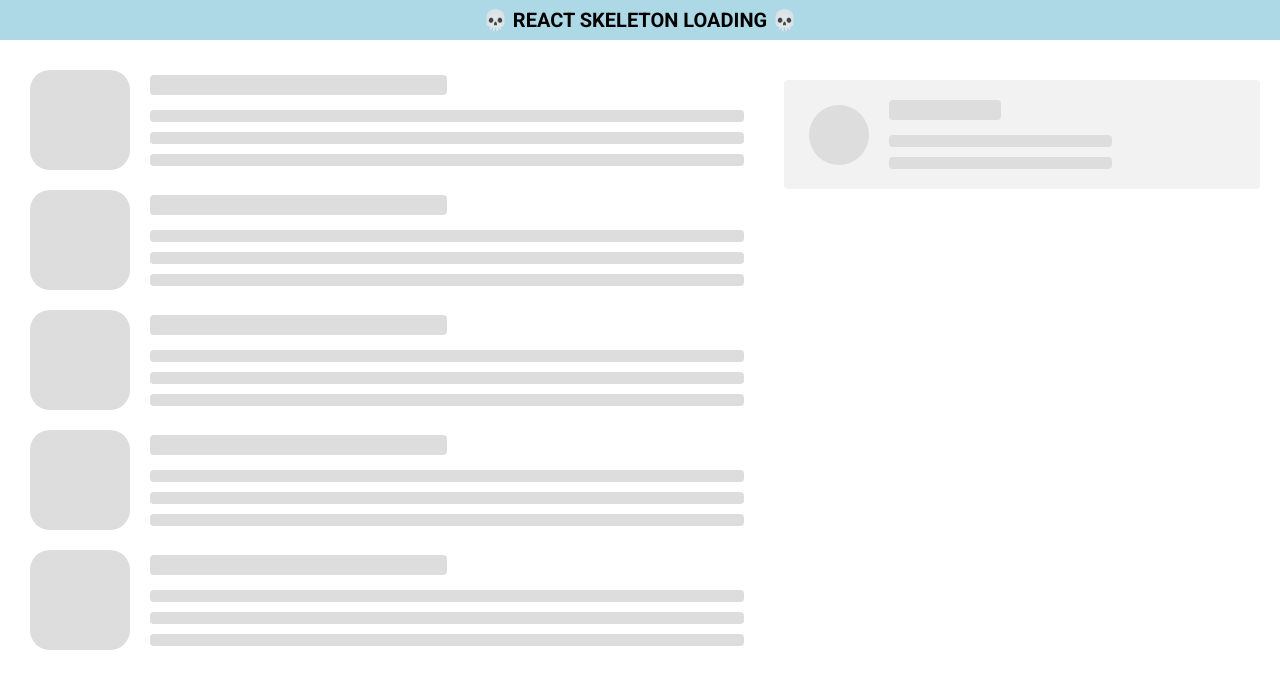
Repository: ethanJones21/React-Skeleton-Loading
Page: /
An editor plug-in stored every save of this project. The page is shown before and after the next save, followed by the edit.
The browser window is 1280 px wide. The pictures show the whole page.
The page's requests for data from a server got no answer. The project was rebuilt for these pictures with package versions that can differ from the ones it lists, and the page was loaded fresh each time. No one was signed in, and anything a server would have sent is missing. Also part of the build but not shown: src/components/Post.css, src/components/Post.js.

Above is the page before, as saved 2020-11-26 03:33:08.

### public/index.html
<!DOCTYPE html>
<html lang="en">
  <head>
    <meta charset="utf-8" />
    <link rel="icon" href="%PUBLIC_URL%/favicon.ico" />
    <meta name="viewport" content="width=device-width, initial-scale=1" />
    <meta name="theme-color" content="#000000" />
    <meta name="description" content="React skeleton loading" />
    <link rel="preconnect" href="https://fonts.gstatic.com" />
    <link
      href="https://fonts.googleapis.com/css2?family=Roboto:wght@100;300;400;500;700;900&display=swap"
      rel="stylesheet"
    />
    <title>React Skeleton</title>
  </head>
  <body>
    <noscript>You need to enable JavaScript to run this app.</noscript>
    <div id="root"></div>
  </body>
</html>

### src/App.js
import './App.css';
import Header from './components/Header';
import Posts from './components/Posts';
import User from './components/User';

function App() {
  return (
    <div className="app">
      <Header/>

      <div className="appContainer">
        <Posts/>
        <User/>
      </div>
    </div>
  );
}

export default App;

### src/App.css
*{
    margin: 0;
    font-family: 'Roboto', sans-serif;
}
.appContainer{
    display: flex;
    padding: 20px;
    align-items: start;
}

### src/components/Header.js
import React from 'react';
import "./Header.css"

const Header = () => {
    return (
        <div className="header">
            <span>💀 REACT SKELETON LOADING 💀 </span>
        </div>
    );
};

export default Header;

### src/components/Posts.js
import React, { useEffect, useState } from "react";
import Post from "./Post";
import "./Posts.css";
import { photos } from "../photos";
import PostSkeleton from "../skeleton/PostSkeleton";

const Posts = () => {
  const [postArray, setPostArray] = useState([]);

  useEffect(() => {
    setTimeout(() => {
      const fetchPosts = async () => {
        const res = await fetch("https://jsonplaceholder.typicode.com/posts");
        const data = await res.json();
        setPostArray(data.slice(0, 10));
      };
      fetchPosts();
    }, 5000);
  }, []);

  return (
    <div className="posts">
      {postArray.length > 0
        ? postArray.map((post) => (
            <Post
              key={post.id}
              post={{ ...post, photo: photos[post.id - 1] }}
            />
          ))
        : [1, 2, 3, 4, 5].map((item) => <PostSkeleton />)}
    </div>
  );
};

export default Posts;

### src/components/User.js
import React, { useState, useEffect } from "react";
import "./User.css";
import { photos } from "../photos";
import UserSkeleton from "../skeleton/UserSkeleton";

const User = () => {
  const [user, setUser] = useState(null);

  useEffect(() => {
    setTimeout(() => {
      const fetchUser = async () => {
        const res = await fetch("https://jsonplaceholder.typicode.com/users");
        const data = await res.json();
        setUser(data[0]);
      };
      fetchUser();
    }, 5000);
  }, []);

  return (
    <div className="user">
      {user !== null ? (
        <>
          <div className="userPhoto">
            <img className="userPhotoImg" src={photos[9]} alt="avatar" />
          </div>
          <div className="userInfo">
            <span className="userInfoText">
              <b>{user.name}</b>
            </span>
            <span className="userInfoText">{user.email}</span>
            <span className="userInfoText">{user.address.street}</span>
          </div>
          <button className="writeButton">Write a Story</button>
        </>
      ) : (
        <UserSkeleton />
      )}
    </div>
  );
};

export default User;

### src/components/Header.css
.header{
    display: flex;
    align-items: center;
    justify-content: center;
    height: 40px;
    width: 100%;
    background-color: lightblue;
    font-weight: 600;
    font-size: 20px;
}

### src/components/Posts.css
.posts{
    flex: 0.6;
    padding-right: 50px;
}

### src/photos.js
export const photos = [
  "https://images.pexels.com/photos/789296/pexels-photo-789296.jpeg?auto=compress&cs=tinysrgb&dpr=2&w=500",
  "https://images.pexels.com/photos/3772771/pexels-photo-3772771.jpeg?auto=compress&cs=tinysrgb&dpr=2&w=500",
  "https://images.pexels.com/photos/3059745/pexels-photo-3059745.jpeg?auto=compress&cs=tinysrgb&dpr=2&w=500",
  "https://images.pexels.com/photos/2896840/pexels-photo-2896840.jpeg?auto=compress&cs=tinysrgb&dpr=2&w=500",
  "https://images.pexels.com/photos/3155588/pexels-photo-3155588.jpeg?auto=compress&cs=tinysrgb&dpr=2&w=500",
  "https://images.pexels.com/photos/936019/pexels-photo-936019.jpeg?auto=compress&cs=tinysrgb&dpr=2&w=500",
  "https://images.pexels.com/photos/1071162/pexels-photo-1071162.jpeg?auto=compress&cs=tinysrgb&dpr=2&w=500",
  "https://images.pexels.com/photos/3147528/pexels-photo-3147528.jpeg?auto=compress&cs=tinysrgb&dpr=2&w=500",
  "https://images.pexels.com/photos/3541389/pexels-photo-3541389.jpeg?auto=compress&cs=tinysrgb&dpr=2&w=500",
  "https://images.pexels.com/photos/1680172/pexels-photo-1680172.jpeg?auto=compress&cs=tinysrgb&dpr=2&w=500",
];

### src/skeleton/PostSkeleton.js
import React from "react";
import "./PostSkeleton.css";
import Skeleton from "./Skeleton";

const PostSkeleton = () => {
  return (
    <div className="postSkeleton">
      <div className="postSkeletonLeft">
        <Skeleton type="avatar" />
      </div>
      <div className="postSkeletonRight">
        <Skeleton type="title" />
        <Skeleton type="text" />
        <Skeleton type="text" />
        <Skeleton type="text" />
      </div>
    </div>
  );
};

export default PostSkeleton;

### src/components/User.css
.user {
  flex: 0.4;
  display: flex;
  align-items: center;
}

.userPhotoImg {
  width: 60px;
  height: 60px;
  border-radius: 50%;
  margin-right: 20px;
  object-fit: cover;
}

.userInfo{
    display: flex;
    flex-direction: column;
}

.writeButton{
    padding: 10px;
    border: none;
    margin-left: 20px;
    border-radius: 10px;
    cursor: pointer;
}

.writeButton:focus{
    outline: none;
}

### src/skeleton/UserSkeleton.js
import React from "react";
import "./UserSkeleton.css";
import Skeleton from "./Skeleton";

const UserSkeleton = () => {
  return (
    <div className="userSkeleton">
      <div className="userSkeletonLeft">
        <Skeleton type="userAvatar" />
      </div>
      <div className="userSkeletonRight">
        <Skeleton type="title" />
        <Skeleton type="text" />
        <Skeleton type="text" />
      </div>
    </div>
  );
};

export default UserSkeleton;

### src/skeleton/PostSkeleton.css
.postSkeleton {
  display: flex;
  align-items: center;
}

.postSkeletonRight{
    width: 100%;
}

### src/skeleton/Skeleton.js
import React from "react";
import "./Skeleton.css"

const Skeleton = ({ type }) => {
  return <div className={`skeleton ${type}`}></div>;
};

export default Skeleton;

### src/skeleton/UserSkeleton.css
.userSkeleton {
  display: flex;
  align-items: center;
  width: 100%;
  background: #f2f2f2;
  margin: 20px auto;
  padding: 10px 15px;
  border-radius: 4px;
  position: relative;
  overflow: hidden;
}

.userSkeletonRight {
  width: 50%;
}

### src/skeleton/Skeleton.css
.skeleton {
  background: #ddd;
  overflow: hidden;
  margin: 10px;
  border-radius: 4px;
}

.skeleton.text {
  width: 100%;
  height: 12px;
}

.skeleton.title {
  width: 50%;
  height: 20px;
  margin-bottom: 15px;
}

.skeleton.avatar {
  width: 100px;
  height: 100px;
  border-radius: 20%;
}

.skeleton.userAvatar {
  width: 60px;
  height: 60px;
  border-radius: 50%;
}

Loaded but not shown: src/index.js (common file)

After the next save:
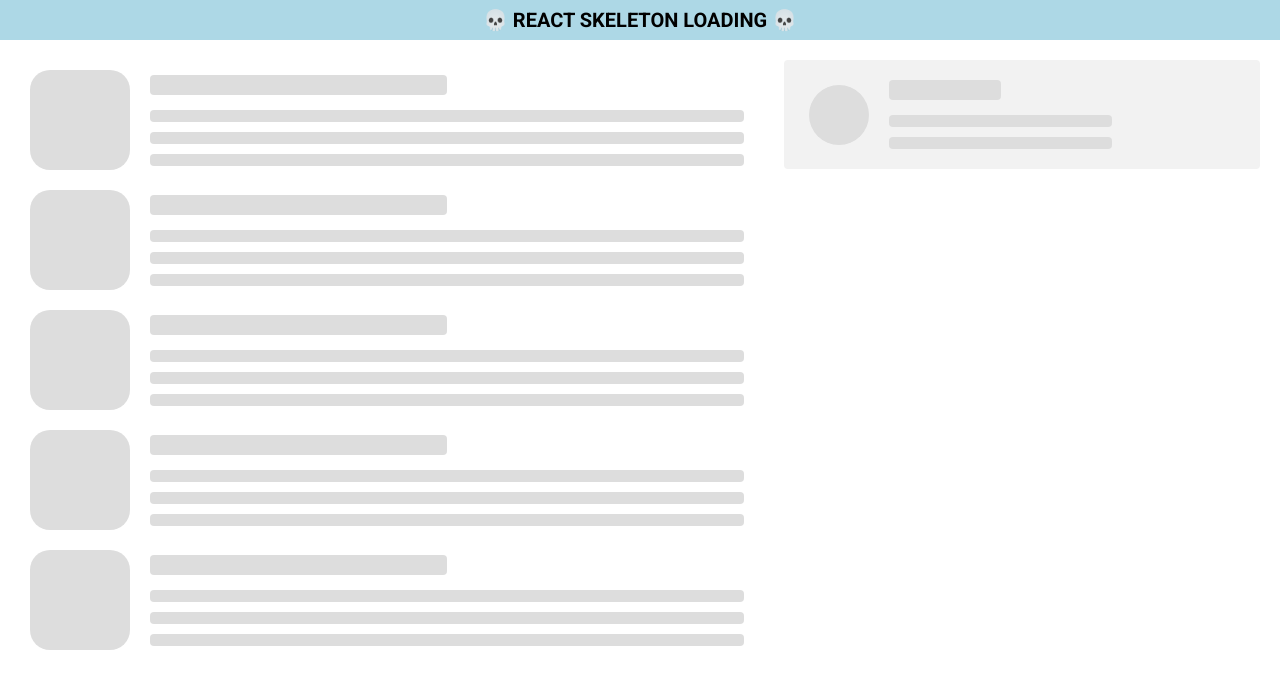
Saved 20 s later.
--- a/src/skeleton/UserSkeleton.css
+++ b/src/skeleton/UserSkeleton.css
@@ -3,7 +3,6 @@
   align-items: center;
   width: 100%;
   background: #f2f2f2;
-  margin: 20px auto;
   padding: 10px 15px;
   border-radius: 4px;
   position: relative;
